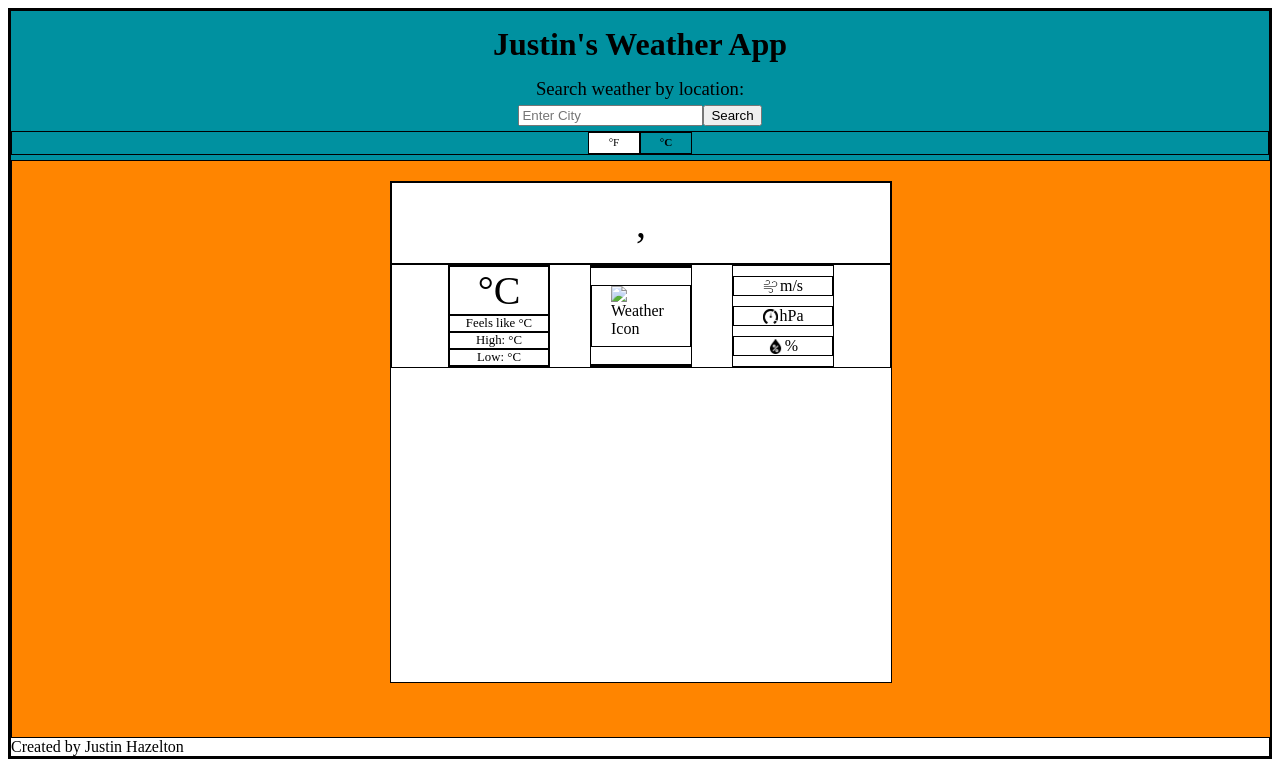
Repository: J-Haze/Weather
Page: /
These files come from the project's save history. The page is drawn as it stood at one moment and after the next save; the edit follows.
The browser window is 1280 px wide. The pictures show the whole page.
The project was rebuilt for these pictures with package versions that can differ from the ones it lists, and the page was loaded fresh each time. Also part of the build but not shown: src/index.css.

Above is the page before, as saved 2020-09-07 09:29:33.

After the next save:
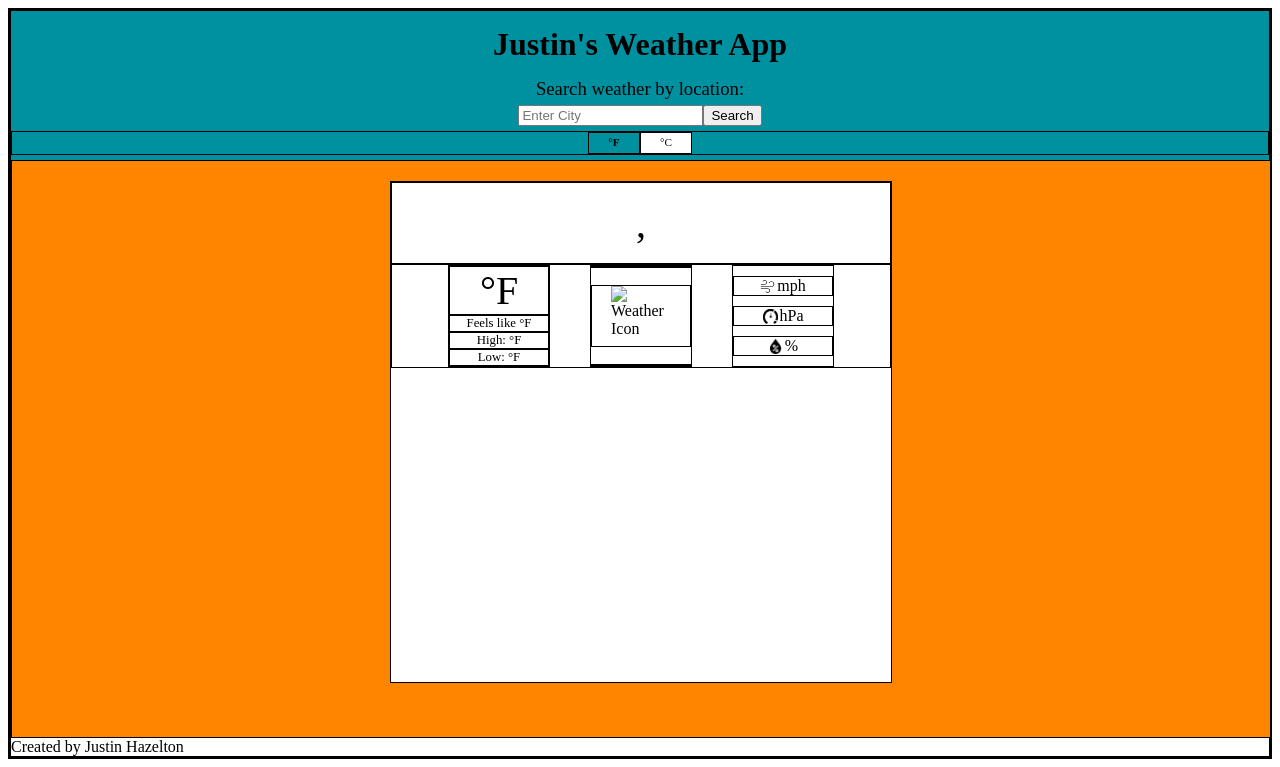
Saved 5 min 51 s later.
--- a/src/components/Weather.js
+++ b/src/components/Weather.js
@@ -45,7 +45,7 @@ const Weather = () => {
     const [min, setMin] = useState("");
     const [feel, setFeel] = useState("");
 
-    const [unit, setUnit] = useState("metric")
+    const [unit, setUnit] = useState("imperial")
 
     // const [searched, setSearched] = useState("false")
 
@@ -67,6 +67,7 @@ const Weather = () => {
     };
 
     const handleF = (event) => {
+        event.preventDefault();
         if (unit === "metric") {
             console.log("F clicked")
             setUnit("imperial")
@@ -78,6 +79,7 @@ const Weather = () => {
     }
 
     const handleC = (event) => {
+        event.preventDefault();
         if (unit === "imperial") {
             console.log("C clicked")
             setUnit("metric")
